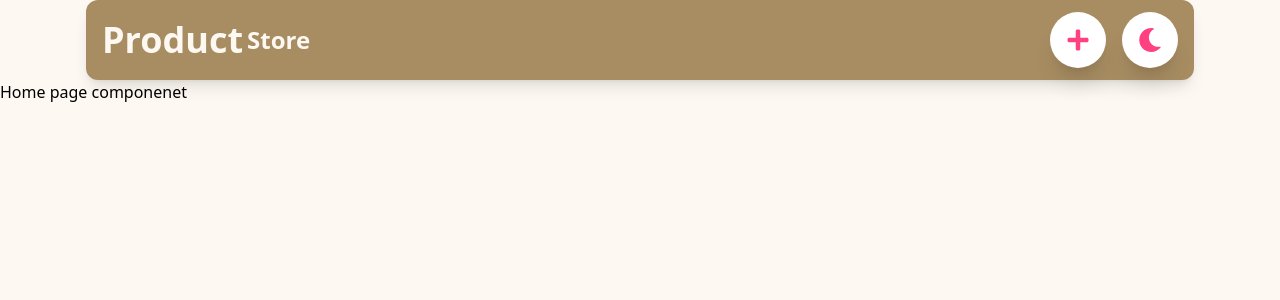
Repository: xarrkhan001/Mern-stack-Project
Page: / (app in frontend/)
An editor plug-in stored every save of this project. The page is shown before and after the next save, followed by the edit.
The browser window is 1280 px wide. The pictures show the whole page.
The project was rebuilt for these pictures with package versions that can differ from the ones it lists, and the page was loaded fresh each time. Also part of the build but not shown: frontend/vite.config.js, frontend/src/pages/CreatePage.jsx.

Above is the page before, as saved 2025-03-05 16:19:46.

After the next save:
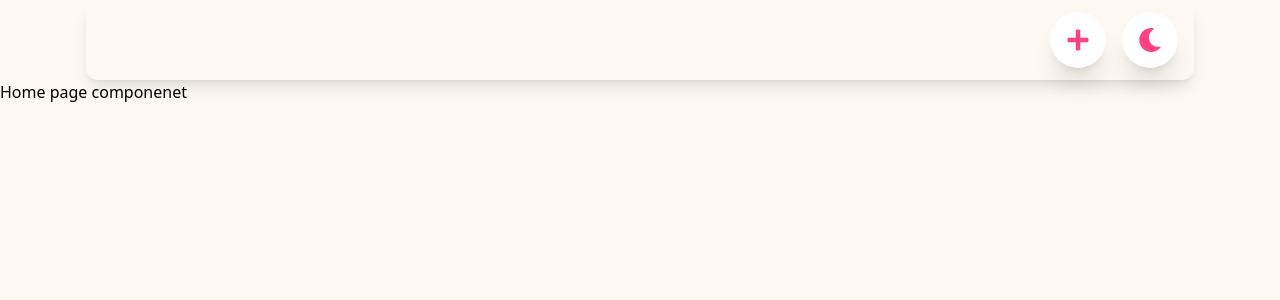
Saved 18 h 57 min later.
--- a/frontend/src/components/Navbar.jsx
+++ b/frontend/src/components/Navbar.jsx
@@ -37,7 +37,7 @@
     <>
       <div className="max-w-[1140px] px-4 mx-auto">
         {/* Navbar container */}
-        <div className="flex items-center justify-between h-20 bg-[#a88d62] dark:bg-gray-600 p-4 rounded-xl shadow-lg text-black dark:text-white">
+        <div className="flex items-center justify-between h-20 bg-transparent dark:bg-transparent p-4 rounded-xl shadow-lg text-black dark:text-white">
           {/* Left side - ProductStore logo */}
           <Link to="/" className="flex items-center">
             {/* "Product" part of the logo - larger and bolder */}
